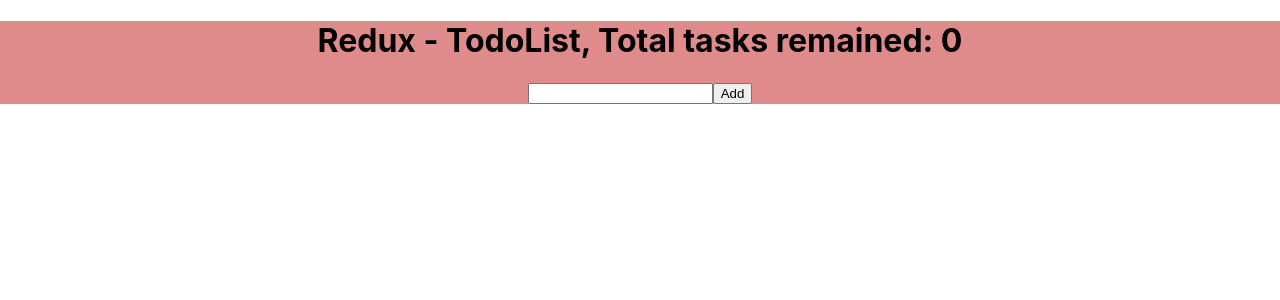
Repository: BhanuKaukuntla/TodoApp
Page: /
These files come from the project's save history. The page is drawn as it stood at one moment and after the next save; the edit follows.
The browser window is 1280 px wide. The pictures show the whole page.
The project was rebuilt for these pictures with package versions that can differ from the ones it lists, and the page was loaded fresh each time. Also part of the build but not shown: src/components/TodoItem/TodoItem.js.

Above is the page before, as saved 2021-12-01 09:58:20.

### src/index.js
import React from "react";
import ReactDOM from "react-dom";
import "./index.css";
import App from "./App";
import { Provider } from "react-redux";
import store from "./store";
import { PersistGate } from "redux-persist/integration/react";
import { persistor } from "./store";

ReactDOM.render(
  <React.StrictMode>
    <Provider store={store}>
      <PersistGate persistor={persistor}>
        <App />
      </PersistGate>
    </Provider>
  </React.StrictMode>,
  document.getElementById("root")
);

### src/index.css
body {
  margin: 0;
  font-family: -apple-system, BlinkMacSystemFont, "Segoe UI", "Roboto", "Oxygen",
    "Ubuntu", "Cantarell", "Fira Sans", "Droid Sans", "Helvetica Neue",
    sans-serif;
  -webkit-font-smoothing: antialiased;
  -moz-osx-font-smoothing: grayscale;
}

code {
  font-family: source-code-pro, Menlo, Monaco, Consolas, "Courier New",
    monospace;
}
.App {
  text-align: center;
  /* height: 200vh; */
  max-height: 100%;
  /* background-color: #e77a7a; */
  background-color: #df8b8b;
  margin-top: 0%;
  /* position: fixed; */
  width: 100%;
}

### src/App.js
import AddTodo from "./components/AddTodo/AddTodo";
import TodoList from "./components/TodoList/TodoList";
import { useSelector } from "react-redux";
function App() {
  const taskobj = useSelector((state) => state.todos.data);
  return (
    <div className='App'>
      <h1>Redux - TodoList, Total tasks remained: {taskobj.length}</h1>
      <AddTodo />
      <TodoList />
    </div>
  );
}

export default App;

### src/store.js
import { createStore } from "redux";
import rootReducer from "./reducers";
import { persistStore, persistReducer } from "redux-persist";
import storage from "redux-persist/lib/storage";

const persistConfig = {
  key: "root",
  storage,
};

const persistedReducer = persistReducer(persistConfig, rootReducer);

const store = createStore(
  persistedReducer,
  window.__REDUX_DEVTOOLS_EXTENSION__ && window.__REDUX_DEVTOOLS_EXTENSION__()
);

export const persistor = persistStore(store);

export default store;

### src/components/AddTodo/AddTodo.js
import React, { useState } from "react";
import { useDispatch } from "react-redux";
import { addTodo } from "../../actions";
import cuid from "cuid";

const AddTodo = () => {
  const [tasks, setTasks] = useState("");
  const dispatch = useDispatch();
  function handleInputChange(e) {
    setTasks(e.target.value);
    console.log(tasks);
  }
  function handleFormSubmit(e) {
    e.preventDefault();
    dispatch(addTodo({ task: tasks, id: cuid() }));
    e.target.userInput.value = "";
    console.log(tasks);
  }
  return (
    <form onSubmit={handleFormSubmit}>
      <input
        type='text'
        name='userInput'
        onChange={(e) => handleInputChange(e)}
      />
      <button type='submit'>Add</button>
    </form>
  );
};

export default AddTodo;

### src/components/TodoList/TodoList.js
import React from "react";
import TodoItem from "../TodoItem/TodoItem";
import { useSelector } from "react-redux";

const TodoList = () => {
  const taskobj = useSelector((state) => state.todos.data);
  const taskItems = taskobj.map((task) => {
    return <TodoItem task={task} key={task.id} />;
  });

  return <div>{taskItems}</div>;
};

export default TodoList;

### src/reducers/index.js
import { combineReducers } from "redux";
import todos from "./todos";

const rootReducer = combineReducers({
  todos,
});
export default rootReducer;

### src/actions/index.js
import { ADD_TODO, DELETE_TODO, UPDATE_TODO } from "./types";

export const addTodo = (message) => ({
  type: ADD_TODO,
  message,
});

export const deleteTodo = (id) => ({
  type: DELETE_TODO,
  id,
});

export const updateTodo = ({ message, id }) => ({
  type: UPDATE_TODO,
  message,
  id,
});

### src/reducers/todos.js
const initialState = {
  data: [],
};

const todos = (state = initialState, action) => {
  switch (action.type) {
    case "ADD_TODO":
      return {
        ...state,
        data: [...state.data, action.message],
      };
    case "DELETE_TODO":
      return {
        ...state,
        data: [...state.data.filter((todo) => todo.id !== action.id)],
      };
    case "UPDATE_TODO":
      return {
        ...state,
        data: [
          ...state.data.filter((todo) => todo.id !== action.id),
          { task: action.message, id: action.id },
        ],
      };
    default:
      return state;
  }
};

export default todos;

### src/actions/types.js
export const ADD_TODO = "ADD_TODO";
export const DELETE_TODO = "DELETE_TODO";
export const UPDATE_TODO = "UPDATE_TODO";

Loaded but not shown: public/index.html (common file)

After the next save:
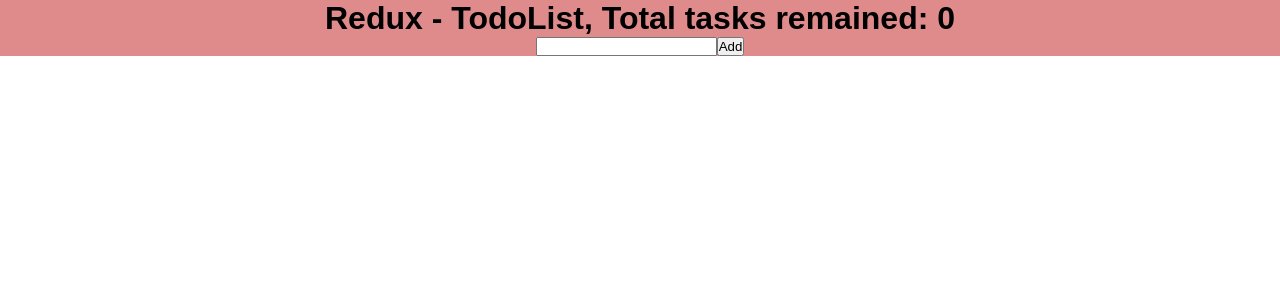
Saved 8 min 41 s later.
--- a/src/index.css
+++ b/src/index.css
@@ -1,3 +1,10 @@
+*{
+  margin: 0;
+  padding: 0;
+  font-family: "montserrat",sans-serif;
+  box-sizing: border-box;
+}
+
 body {
   margin: 0;
   font-family: -apple-system, BlinkMacSystemFont, "Segoe UI", "Roboto", "Oxygen",
